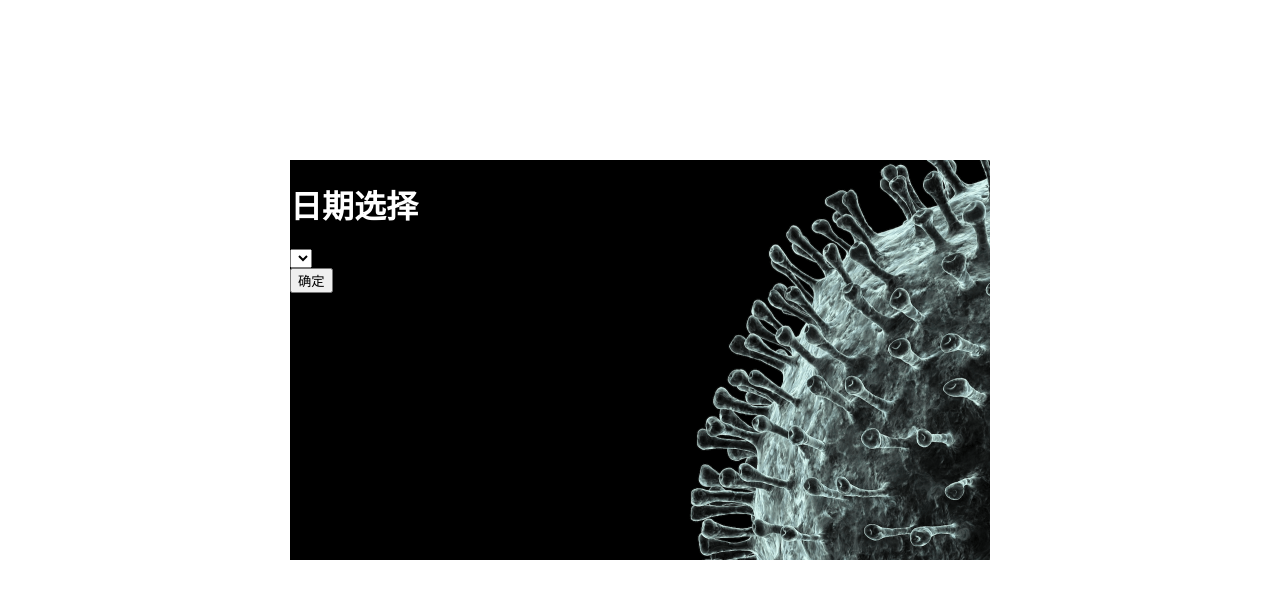
Repository: yz990219/InfectStatisticWeb
Page: http://localhost/MyInfectStatisticWeb/dateChooseProvince.jsp
The author's editor kept a copy of each file at every save. The page is drawn from the files as they stood at one save, then again after the next save.
The browser window is 1280 px wide. The pictures show the whole page.
The page is served by Tomcat 9.

Above is the page before, as saved 2020-03-13 16:40:42.

After the next save:
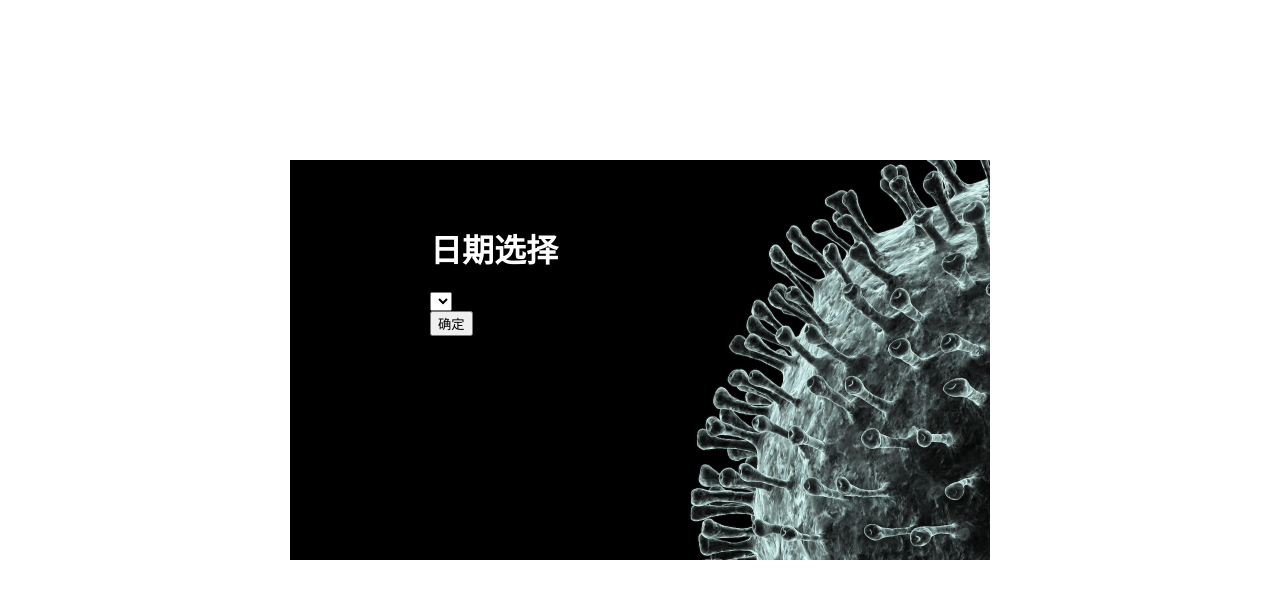
Saved 48 s later.
--- a/MyInfectStatisticWeb/WebContent/dateChooseProvince.jsp
+++ b/MyInfectStatisticWeb/WebContent/dateChooseProvince.jsp
@@ -18,7 +18,7 @@
 
 
 	<div class="datechoose">
-		<form action="province.jsp" id="province">
+		<form class="form" action="province.jsp" id="province">
 
 
 			<%
